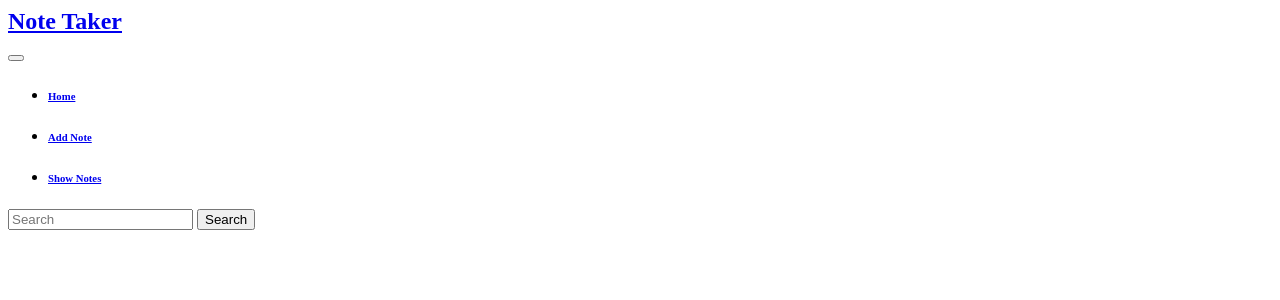
Repository: aadilnoor/Hibernate_learning
Page: http://localhost/NoteTakerProjectHibernate/navbar.jsp
These files come from the project's save history. The page is drawn as it stood at one moment and after the next save; the edit follows.
The browser window is 1280 px wide. The pictures show the whole page.
The page is served by Tomcat 9.

Above is the page before, as saved 2024-02-01 15:08:46.

### NoteTakerProjectHibernate/src/main/webapp/navbar.jsp

<nav class="navbar navbar-expand-lg navbar-dark pink">
	<div class="container-fluid">
		<a class="navbar-brand" href="index.jsp"><h2>Note Taker</h2></a>
		<button class="navbar-toggler" type="button" data-bs-toggle="collapse"
			data-bs-target="#navbarSupportedContent"
			aria-controls="navbarSupportedContent" aria-expanded="false"
			aria-label="Toggle navigation">
			<span class="navbar-toggler-icon"></span>
		</button>
		<div class="collapse navbar-collapse" id="navbarSupportedContent">
			<ul class="navbar-nav me-auto mb-2 mb-lg-0">
				<li class="nav-item"><a class="nav-link active"
					aria-current="page" href="index.jsp"><h6>Home</h6></a></li>
				<li class="nav-item"><a class="nav-link active" href="add_notes.jsp"><h6>Add
						Note</h6></a></li>
				<!-- <li class="nav-item dropdown">
          <a class="nav-link dropdown-toggle" href="#" id="navbarDropdown" role="button" data-bs-toggle="dropdown" aria-expanded="false">
            Dropdown
          </a>
          <ul class="dropdown-menu" aria-labelledby="navbarDropdown">
            <li><a class="dropdown-item" href="#">Action</a></li>
            <li><a class="dropdown-item" href="#">Another action</a></li>
            <li><hr class="dropdown-divider"></li>
            <li><a class="dropdown-item" href="#">Something else here</a></li>
          </ul>
        </li> -->
				<li class="nav-item"><a class="nav-link enabled active" href="all_notes.jsp"
					tabindex="-1" aria-disabled="true"><h6>Show Notes</h6></a></li>
			</ul>
			<form class="d-flex">
				<input class="form-control me-2" type="search" placeholder="Search"
					aria-label="Search">
				<button class="btn btn-outline-light" type="submit">Search</button>
			</form>
		</div>
	</div>
</nav>

After the next save:
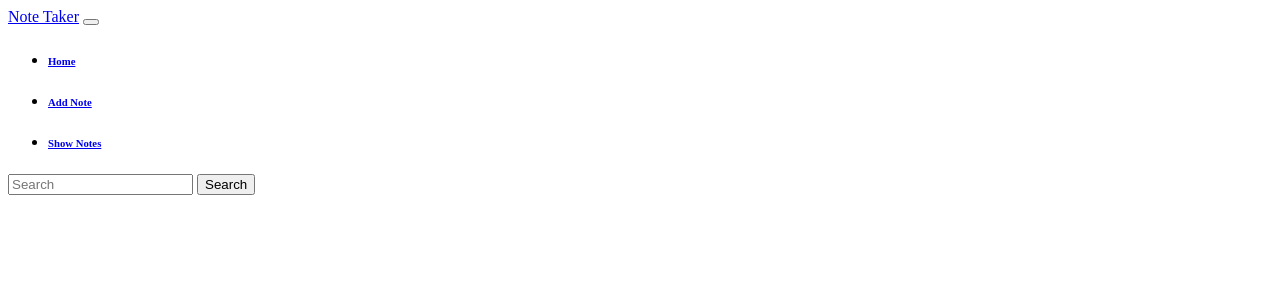
Saved 47 s later.
--- a/NoteTakerProjectHibernate/src/main/webapp/navbar.jsp
+++ b/NoteTakerProjectHibernate/src/main/webapp/navbar.jsp
@@ -1,7 +1,7 @@
 
 <nav class="navbar navbar-expand-lg navbar-dark pink">
 	<div class="container-fluid">
-		<a class="navbar-brand" href="index.jsp"><h2>Note Taker</h2></a>
+		<a class="navbar-brand" href="index.jsp">Note Taker</a>
 		<button class="navbar-toggler" type="button" data-bs-toggle="collapse"
 			data-bs-target="#navbarSupportedContent"
 			aria-controls="navbarSupportedContent" aria-expanded="false"

After the save that followed:
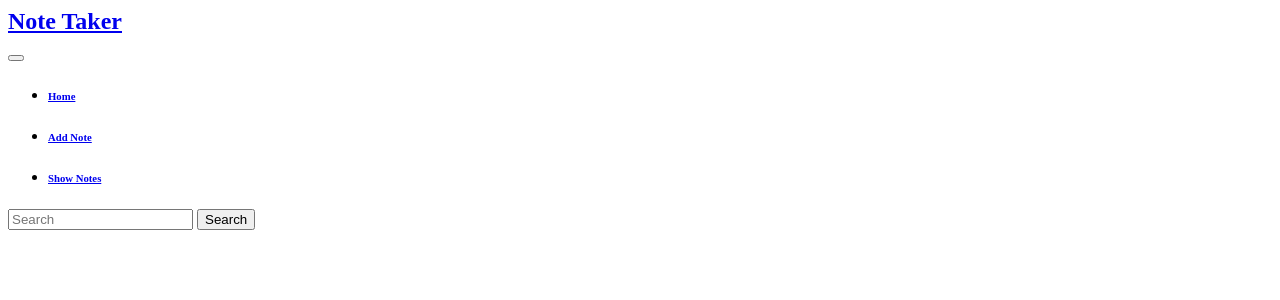
Saved 17 s later.
--- a/NoteTakerProjectHibernate/src/main/webapp/navbar.jsp
+++ b/NoteTakerProjectHibernate/src/main/webapp/navbar.jsp
@@ -1,7 +1,7 @@
 
 <nav class="navbar navbar-expand-lg navbar-dark pink">
 	<div class="container-fluid">
-		<a class="navbar-brand" href="index.jsp">Note Taker</a>
+		<a class="navbar-brand" href="index.jsp"><h2>Note Taker</h2></a>
 		<button class="navbar-toggler" type="button" data-bs-toggle="collapse"
 			data-bs-target="#navbarSupportedContent"
 			aria-controls="navbarSupportedContent" aria-expanded="false"
